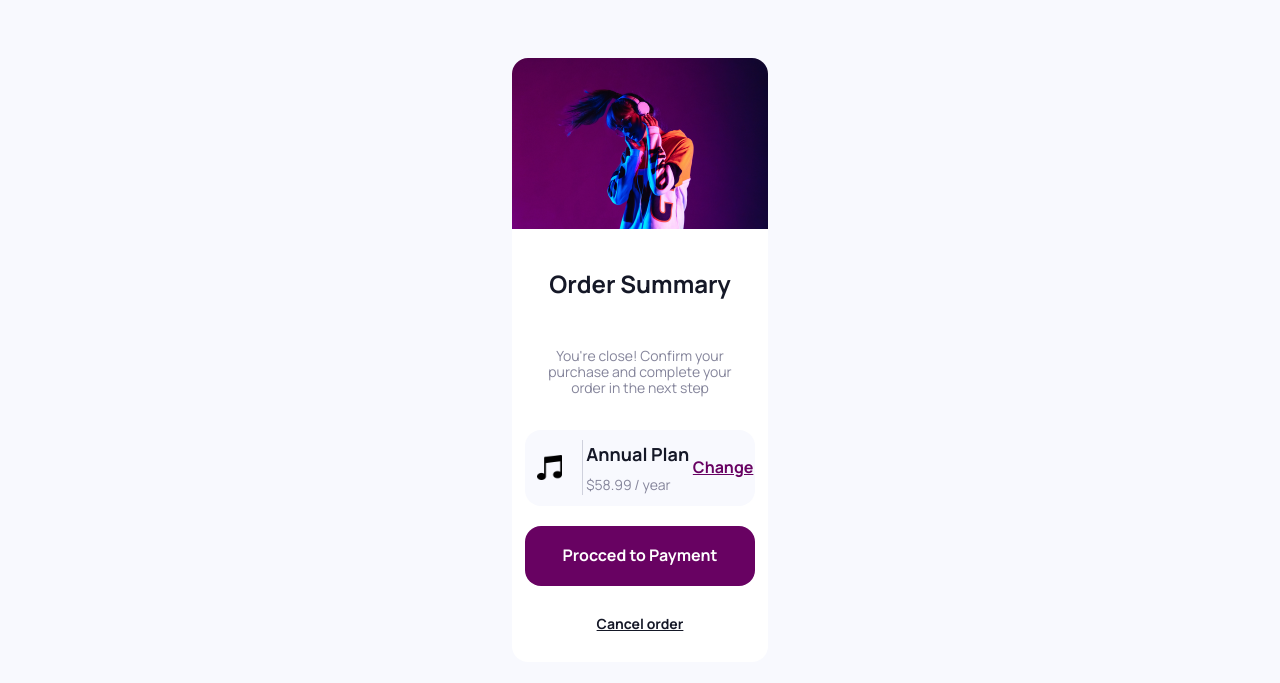
Repository: ssynowiec/INVO-Academy-solution
Page: /
An editor plug-in stored every save of this project. The page is shown before and after the next save, followed by the edit.
The browser window is 1280 px wide. The pictures show the whole page.
The project was rebuilt for these pictures with package versions that can differ from the ones it lists, and the page was loaded fresh each time.

Above is the page before, as saved 2023-03-04 20:40:24.

After the next save:
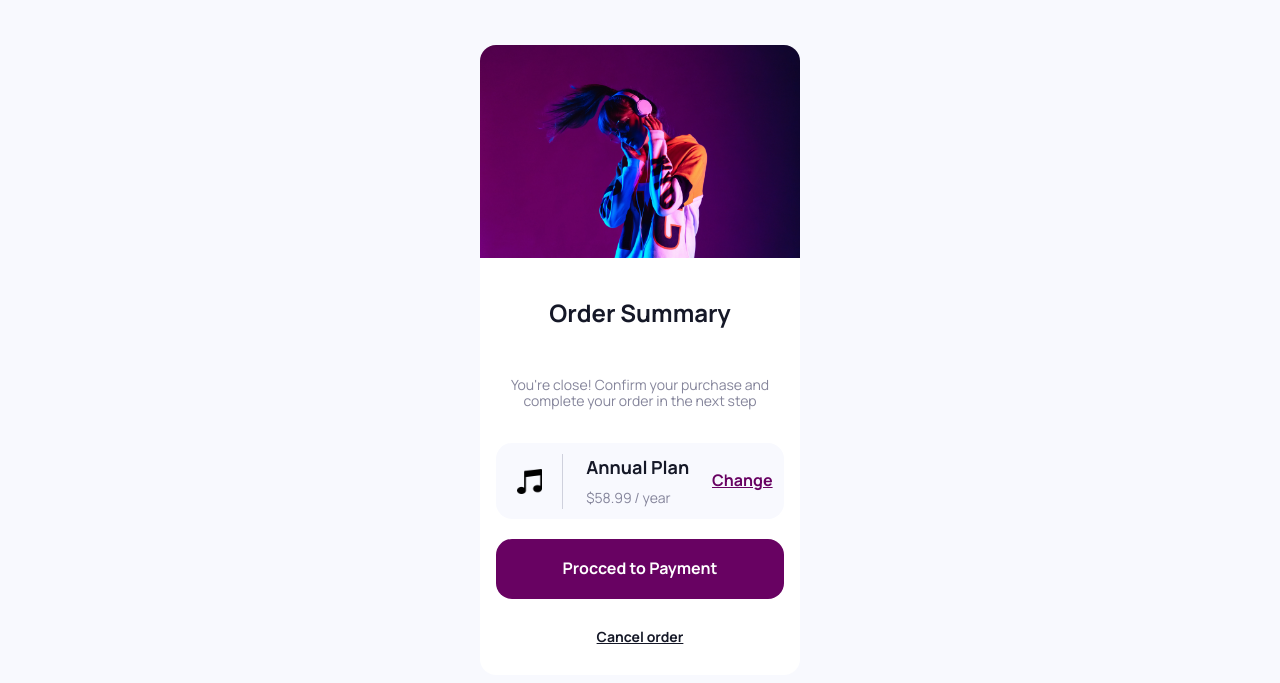
Saved 4 s later.
--- a/src/pages/home-page/styles/home-page.scss
+++ b/src/pages/home-page/styles/home-page.scss
@@ -108,7 +108,7 @@
 
 @media (min-width: 768px) {
 	.order {
-		width: 20%;
+		width: 25%;
 
 		&-summary {
 			justify-content: baseline;
